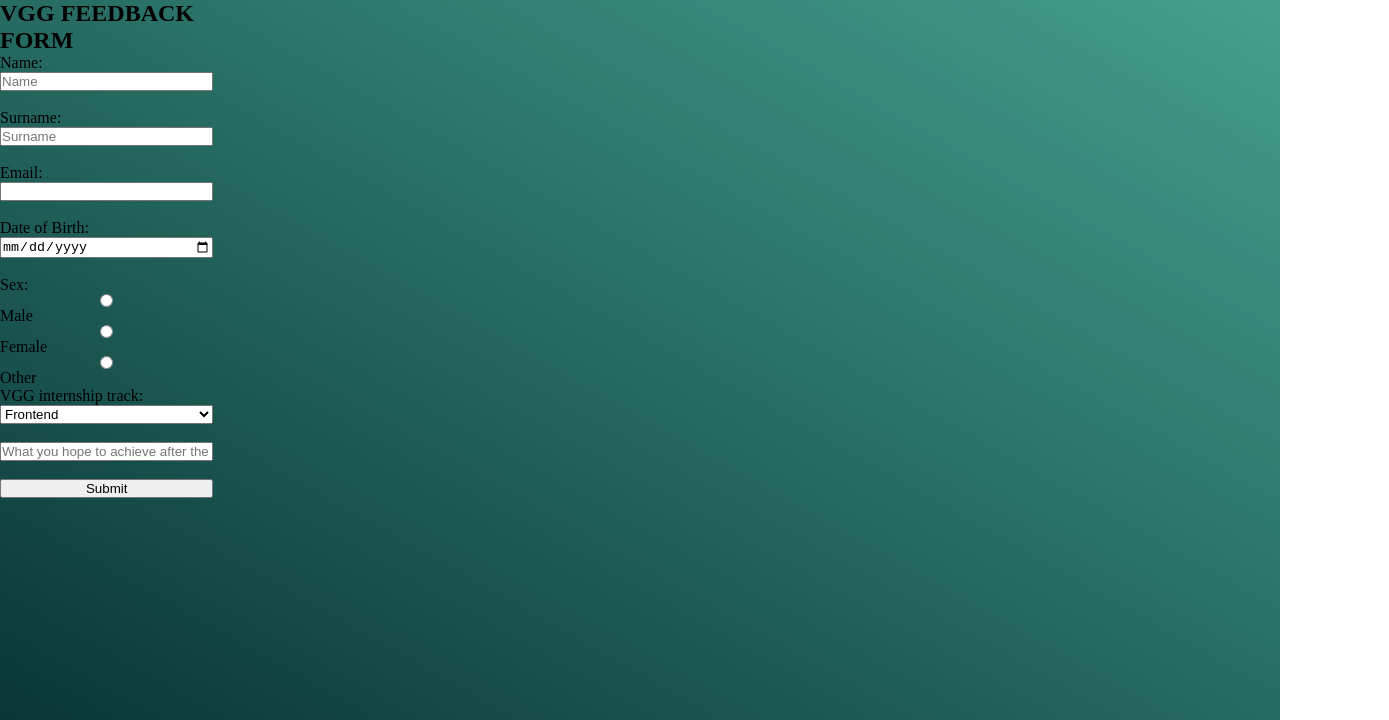
Repository: iphyokafor/VGG-Feedback-form
Page: index.html
The author's editor kept a copy of each file at every save. The page is drawn from the files as they stood at one save, then again after the next save.
The browser window is 1280 px wide. The page is 1280 px wide, then 1389 px, so the pictures cover 1389 px, including what lies to the right of the window. The pictures show the whole page.

Above is the page before, as saved 2020-01-12 20:33:57.

### index.html
<!DOCTYPE html>
<html lang="en">

<head>
    <meta charset="UTF-8">
    <meta name="viewport" content="width=device-width, initial-scale=1.0">
    <meta http-equiv="X-UA-Compatible" content="ie=edge">
    <title>VGG Feedback Form</title>
    <link rel="stylesheet" href="./style.css">
</head>

<body>
    <div class="container">
        <form class="container">
            <h2>VGG FEEDBACK FORM</h2>
            Name: <input type="text" placeholder="Name"><br> Surname: <input type="text" placeholder="Surname"><br> Email: <input type="email" required><br> Date of Birth: <input type="date" name="Date of Birth"><br> Sex:
            <br>
            <input type="radio" name="gender">Male<br>
            <input type="radio" name="gender">Female<br>
            <input type="radio" name="gender">Other<br> VGG internship track: <br>
            <select>
              <option value="Frontend">Frontend</option>
              <option value="Backend">Backend</option>
              <option value="UI/UX">UI/UX</option>
              <option value="DevOps">DevOps</option>
            </select><br>
            <input type="message" name="message" placeholder="What you hope to achieve after the internship"><br>
            <input type="submit" value="Submit">
        </form>
    </div>
</body>

</html>

### style.css
* {
    margin: 0;
    padding: 0;
    box-sizing: border-box;
}

body {
    background: linear-gradient(to right top, #093637, #44A08D);
    background-repeat: no-repeat;
    height: 100vh;
}


/* .container {
    box-sizing: border-box;
    box-shadow: 4px 5px 5px solid black;
} */

.container {
    display: grid;
    grid-template-columns: repeat(auto-fill, minmax(200px, 4fr));
    /* grid-template-rows: 1fr; */
}

After the next save:
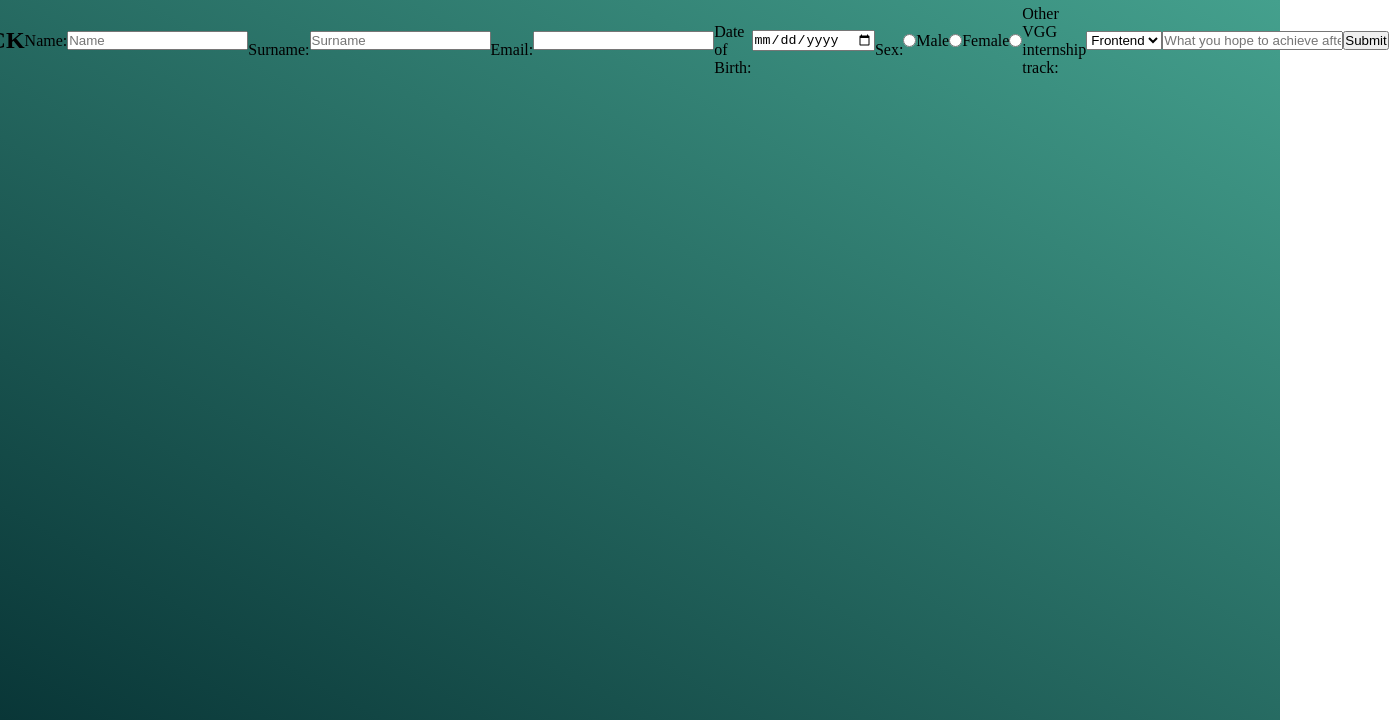
Saved 117 s later.
--- a/style.css
+++ b/style.css
@@ -17,7 +17,7 @@ body {
 } */
 
 .container {
-    display: grid;
-    grid-template-columns: repeat(auto-fill, minmax(200px, 4fr));
-    /* grid-template-rows: 1fr; */
+    display: flex;
+    justify-content: center;
+    align-items: center;
 }
